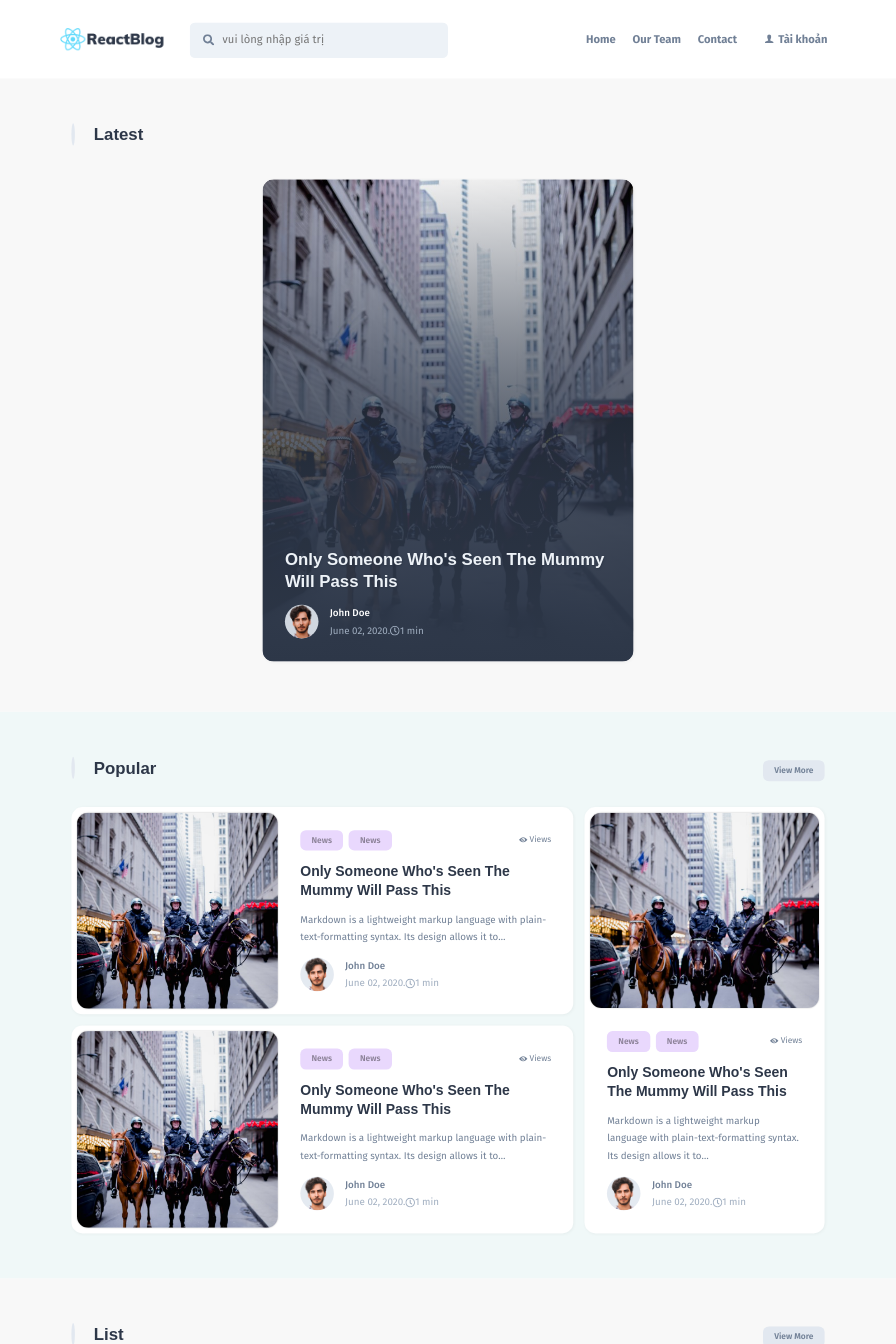
Repository: khuong30082000/Project-by-khuong
Page: /
An editor plug-in stored every save of this project. The page is shown before and after a run of saves, followed by the edit.
The browser window is 1280 px wide. The pictures show the part of the page from y = 0 to 1920 px (the page is 2903 px tall before and 2198 px after), at 70% of full size.
The page's requests for data from a server got no answer. Some web fonts or font styles are not loaded; a fallback is used. The project was rebuilt for these pictures with package versions that can differ from the ones it lists, and the page was loaded fresh each time. No one was signed in, and anything a server would have sent is missing. Also part of the build but not shown: src/pages/LoginPage/login.css, src/pages/LoginPage/index.js, src/pages/RegisterPage.js, src/pages/SearchPage.js, src/components/PostDetail/comments.css, src/components/PostDetail/PostDetailComments.js, src/components/PostDetail/PostDetailRichText.js, src/components/PostDetail/PostDetailTags.js and 10 more.

Above is the page before, as saved 2022-04-11 20:08:04.

After the next 2 saves:
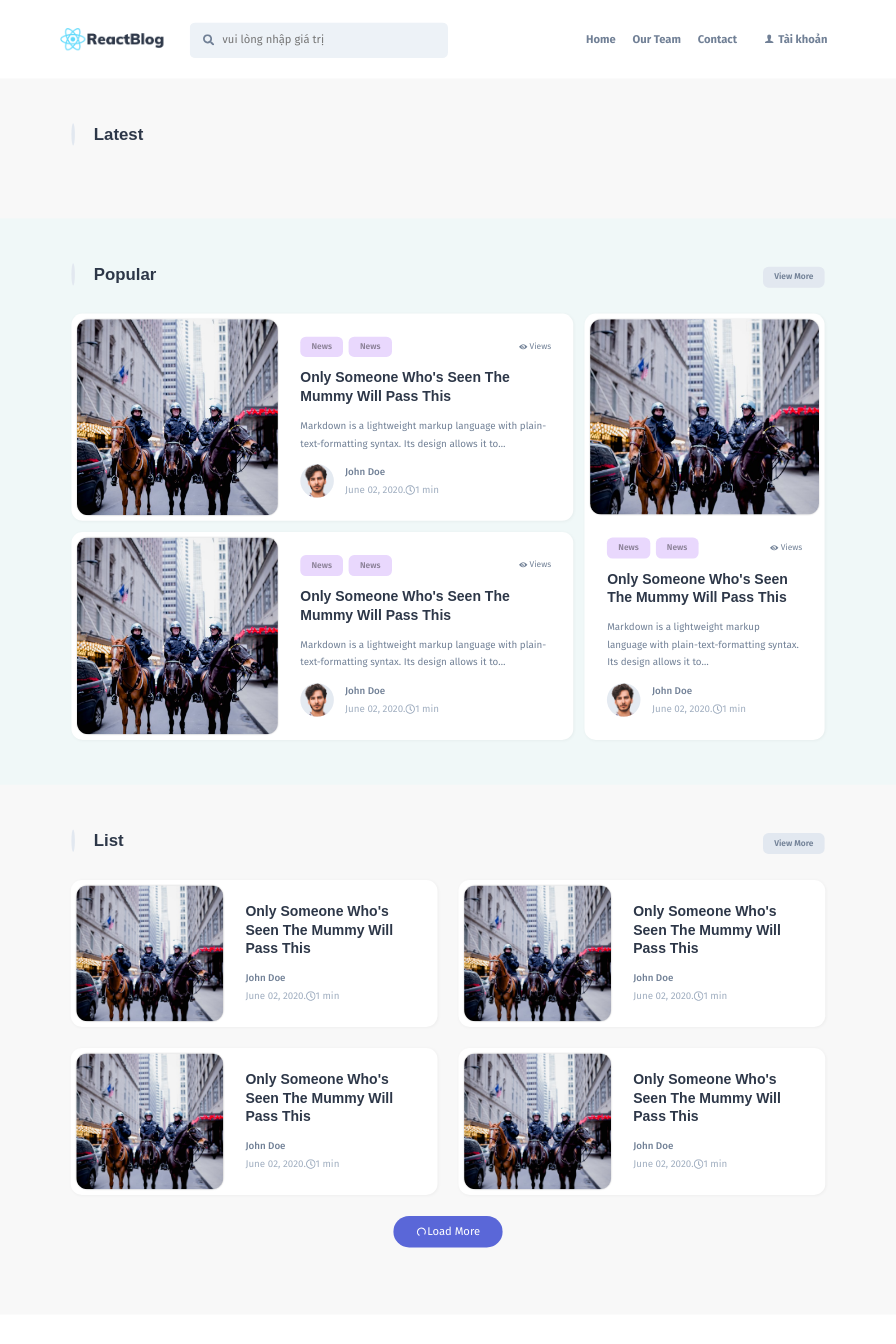
The 2 saves are shown as one change because they came seconds apart.
The last was saved 11 s later.
--- a/src/components/ArticleLatest/index.js
+++ b/src/components/ArticleLatest/index.js
@@ -14,19 +14,13 @@ function ArticleLatest() {
         {/* Latest News List */}
         <div className="latest-news__list spacing">
           {/* Latest news card */}
-         {
-           posts.map(items => {
-             return (
+          {posts.map((items) => {
+            return (
               <div className="latest-news__card">
                 <ArticleItems />
               </div>
-             )
-           })
-         }
-         <div className="latest-news__card">
-                <ArticleItems />
-              </div>
-
+            );
+          })}
           {/* End Latest news card */}
           {/* Latest news card */}
 
